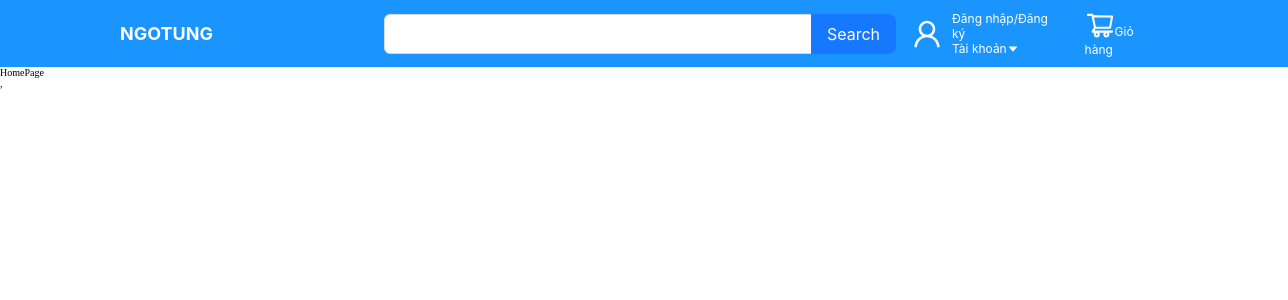
Repository: NgoThanhTung-2002/Youtube_Project
Page: /
An editor plug-in stored every save of this project. The page is shown before and after the next save, followed by the edit.
The browser window is 1280 px wide. The page is 1288 px wide, so the pictures cover 1288 px, including what lies to the right of the window. The pictures show the whole page.
The project was rebuilt for these pictures with package versions that can differ from the ones it lists, and the page was loaded fresh each time. Also part of the build but not shown: src/pages/NotFoundPage/NotFoundPage.jsx. Imported but missing from the stored project, and not drawn on this page: src/pages/OrderPage/OrderPage, src/pages/ProductsPage/ProductsPage.

Above is the page before, as saved 2023-09-26 13:05:23.

### src/index.js
import React from 'react';
import ReactDOM from 'react-dom/client';
import './index.css';
import App from './App';
import reportWebVitals from './reportWebVitals';

import 'antd/dist/antd';
import { Provider } from 'react-redux'

import { store } from './redux/store';
const root = ReactDOM.createRoot(document.getElementById('root'));
root.render(
  <React.StrictMode>
  <Provider  store={store}>
    <App />
    </Provider>,
  </React.StrictMode>
);

// If you want to start measuring performance in your app, pass a function
// to log results (for example: reportWebVitals(console.log))
// or send to an analytics endpoint. Learn more: https://bit.ly/CRA-vitals
reportWebVitals();

### src/App.js
import React, { Fragment } from 'react'
import { BrowserRouter as Router, Routes, Route} from 'react-router-dom'

import { routes } from './pages/routes'
import DefaultComponent from './components/DefaultComponent/DefaultComponent'

function App() {


  return (
    <div>
      <Router>
        <Routes>
          {routes.map((route)=>{
            const Page = route.page
            const Layout = route.isShowHeader? DefaultComponent: Fragment
            return (
              <Route key={route.path} path={route.path} element={
                <Layout>
                  <Page/>
                </Layout>
              }/>
            )
          })}
        </Routes>
      </Router>
    </div>
  )
}

export default App

### src/redux/store.js
import { configureStore } from '@reduxjs/toolkit'
import counterReducer  from './slides/counterSlide'

export const store = configureStore({
  reducer: {
    counter: counterReducer
  },
})

### src/pages/routes/index.js
import HomePage from "../HomePage/HomePage";
import NotFoundPage from "../NotFoundPage/NotFoundPage";
import OrderPage from "../OrderPage/OrderPage";
import ProductsPage from "../ProductsPage/ProductsPage";

export const routes = [
    {
        path: '/',
        page: HomePage,
        isShowHeader: true
    },
    {
        path: '/order',
        page: OrderPage,
        isShowHeader: true
    },
    {
        path: '/products',
        page:  ProductsPage,
        isShowHeader: true
    },
    {
        path: '*',
        page:  NotFoundPage
    },
]

### src/components/DefaultComponent/DefaultComponent.jsx
import React from 'react'
import HeaderComponent from '../HeaderComponent/HeaderComponent'

const DefaultComponent = ({children}) => {
  return (
    <div>
      <HeaderComponent/>
      {children}
    </div>
  )
}

export default DefaultComponent

### src/redux/slides/counterSlide.js
import { createSlice } from '@reduxjs/toolkit'

const initialState = {
    value: 0,
}

export const counterSlice = createSlice({
    name: 'counter',
    initialState,
    reducers: {
        increment: (state) => {
            state.value +=1
        },
        decrement: (state) => {
            state.value -= 1
        },
        incrementByAmount: (state, action) => {
            state.value += action.payload
        },
    },
})

export const { increment, decrement, incrementByAmount } = counterSlice.actions

export default counterSlice.reducer

### src/components/HeaderComponent/HeaderComponent.jsx
import { Col } from "antd";
import React from "react";
import {
  WrapperHeader,
  WrapperHeaderAccount,
  WrapperTextHeader,
  WrapperTextHeaderSmall,
} from "./style";
import Search from "antd/es/input/Search";
import {
  UserOutlined,
  CaretDownOutlined,
  ShoppingCartOutlined,
} from "@ant-design/icons";

const HeaderComponent = () => {
  return (
    <div>
      <WrapperHeader gutter={16}>
        <Col span={6}>
          <WrapperTextHeader>NGOTUNG</WrapperTextHeader>
        </Col>
        <Col span={12}>
          <Search
            placeholder=""
            allowClear
            enterButton="Search"
            size="large"
            // onSearch={onSearch}
          />
        </Col>
        <Col span={6} style={{display: "flex", gap: '30px'}}>
          <WrapperHeaderAccount>
            <UserOutlined style={{ fontSize: "30px" }} />
            <div>
              <WrapperTextHeaderSmall>Đăng nhập/Đăng ký</WrapperTextHeaderSmall>
              <div>
                <WrapperTextHeaderSmall>Tài khoản</WrapperTextHeaderSmall>
                <CaretDownOutlined />
              </div>
            </div>
          </WrapperHeaderAccount>
          <div>
            <ShoppingCartOutlined style={{fontSize: '30px', color: '#fff'}}/>
            <WrapperTextHeaderSmall>Giỏ hàng</WrapperTextHeaderSmall>
          </div>
        </Col>
      </WrapperHeader>
    </div>
  );
};

export default HeaderComponent;

### src/components/HeaderComponent/style.js
import { Row } from "antd";
import styled from "styled-components";

export const WrapperHeader = styled(Row)`
    padding: 10px 120px;
    background-color: rgb(26, 148, 255);
    align-items: center;
`

export const WrapperTextHeader = styled.span`
    font-size: 18px;
    color: #fff;
    font-weight: bold;
    text-align: left;
`

export const WrapperHeaderAccount = styled.div`
    display: flex;
    align-items: center;
    color: #fff;
    gap: 10px;
    font-size: 12px;
`

export const WrapperTextHeaderSmall = styled.span`
    font-size: 12px;
    color: #fff;
`

Loaded but not shown: public/index.html (common file); src/index.css (common file); src/reportWebVitals.js (common file); src/pages/HomePage/HomePage.jsx (common file)

After the next save:
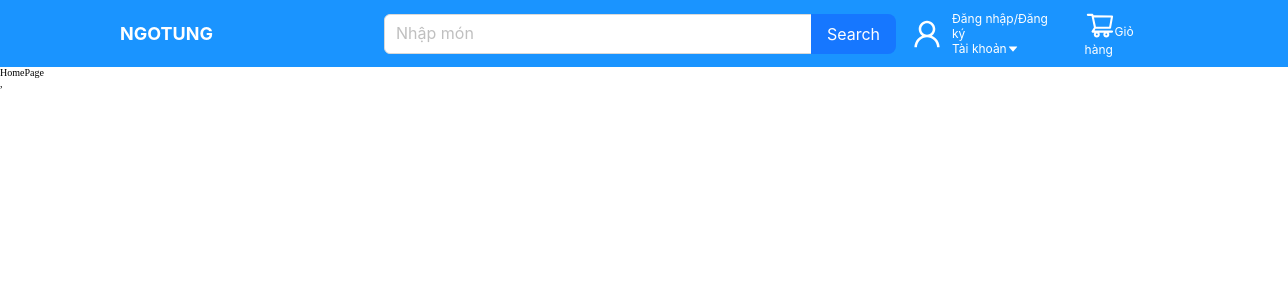
Saved 6 s later.
--- a/src/components/HeaderComponent/HeaderComponent.jsx
+++ b/src/components/HeaderComponent/HeaderComponent.jsx
@@ -22,7 +22,7 @@ const HeaderComponent = () => {
         </Col>
         <Col span={12}>
           <Search
-            placeholder=""
+            placeholder="Nhập món"
             allowClear
             enterButton="Search"
             size="large"
